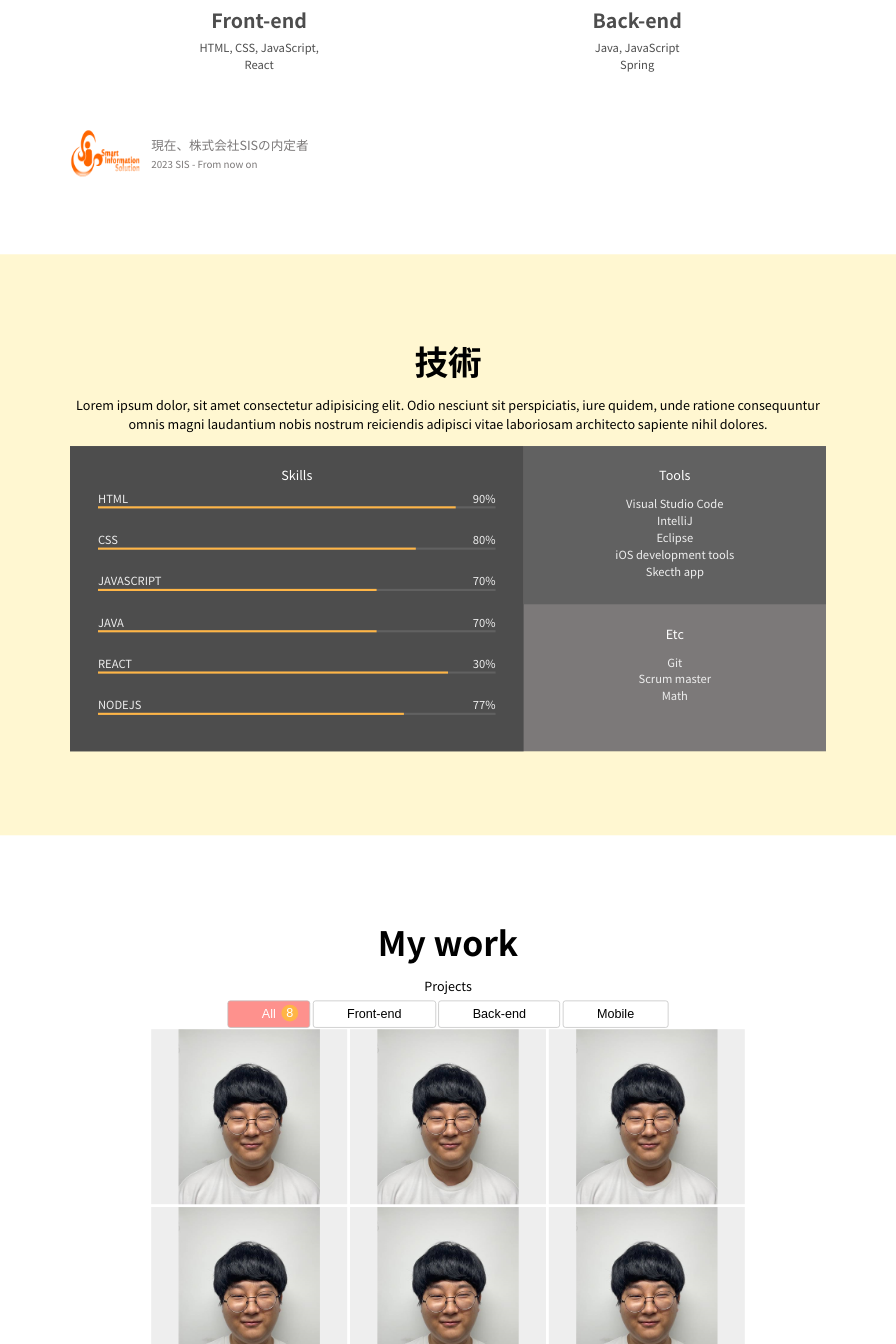
Repository: N1C0N1C0/website_introduction
Page: index.html
The author's editor kept a copy of each file at every save. The page is drawn from the files as they stood at one save, then again after the next save.
The browser window is 1280 px wide. The pictures show the part of the page from y = 1216 to 3136 px (the page is 4068 px tall), at 70% of full size.
Some web libraries are served in a nearby version.

Above is the page before, as saved 2023-08-29 02:58:49.

After the next save:
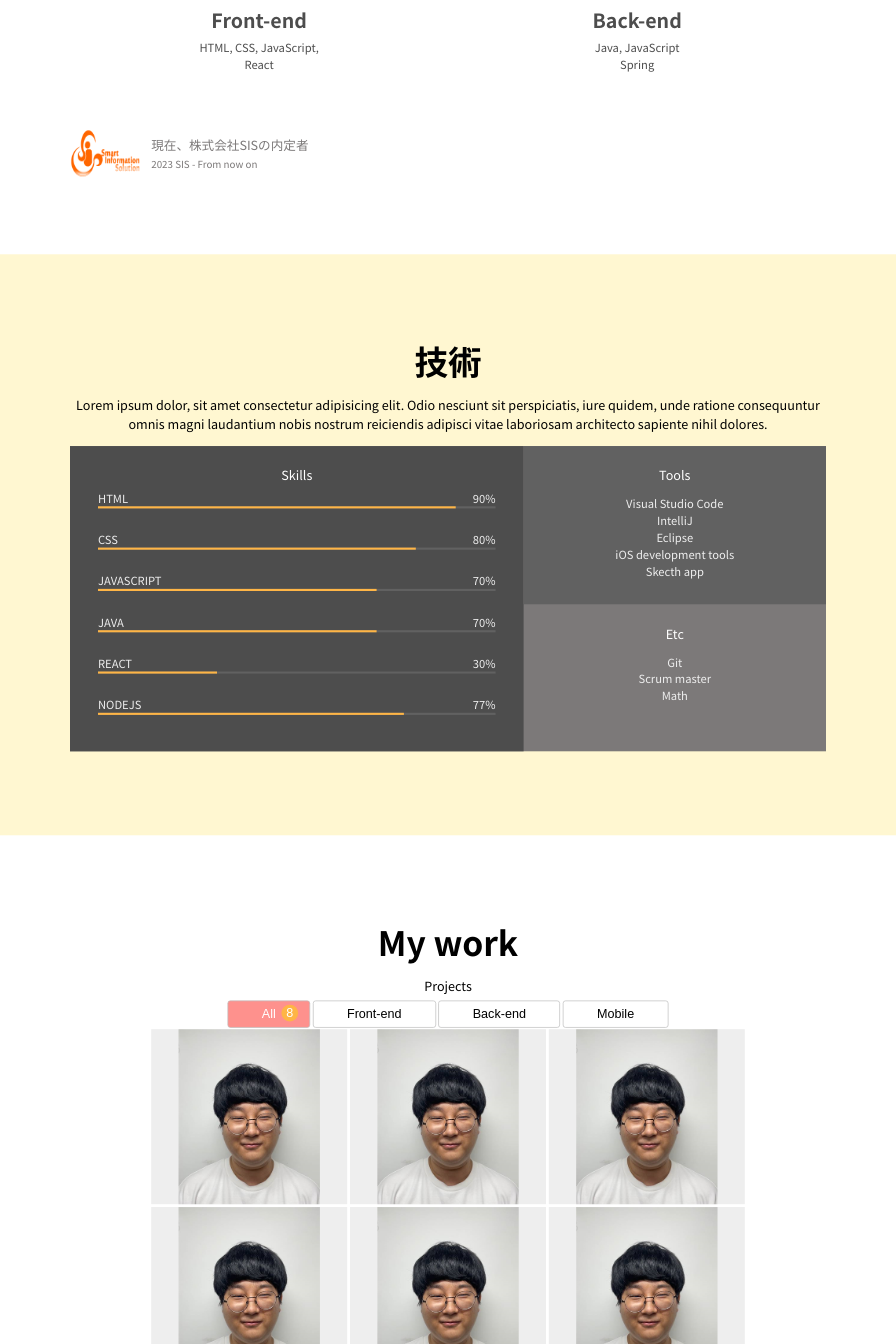
Saved 4 s later.
--- a/index.html
+++ b/index.html
@@ -145,7 +145,7 @@
               <span>30%</span>
             </div>
             <div class="skill__bar">
-              <div class="skill__value" style="width: 88%;"></div>
+              <div class="skill__value" style="width: 30%;"></div>
             </div>
           </div>
           <div class="skill">
